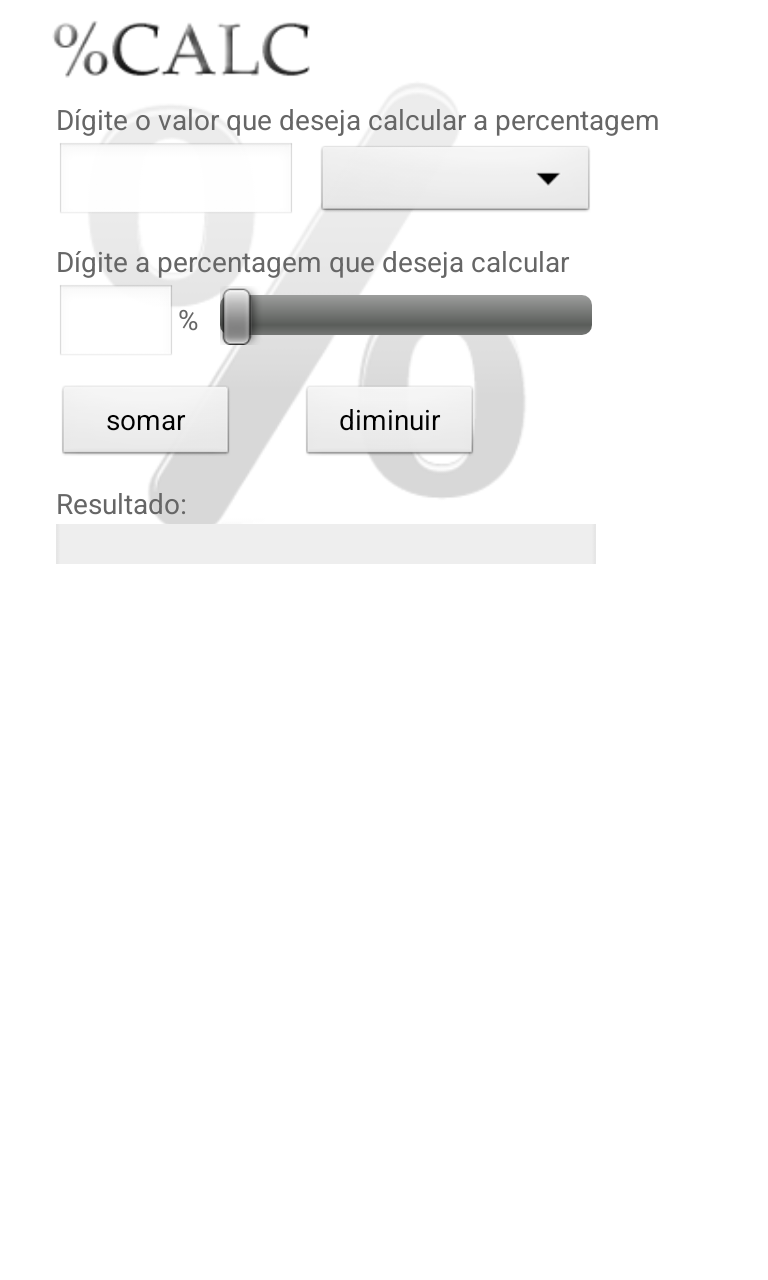
Repository: leoclaro/percentcalc
Layout: CalcularPercentagem/res/layout/main.xml
An editor plug-in stored every save of this project. The layout is shown before and after the next save, followed by the edit.
It is drawn on a 768 x 1280 px phone screen (xhdpi) without system bars, with theme android:Theme; the app's code is not run.

Above is the layout before, as saved 2012-05-09 18:41:19.

After the next save:
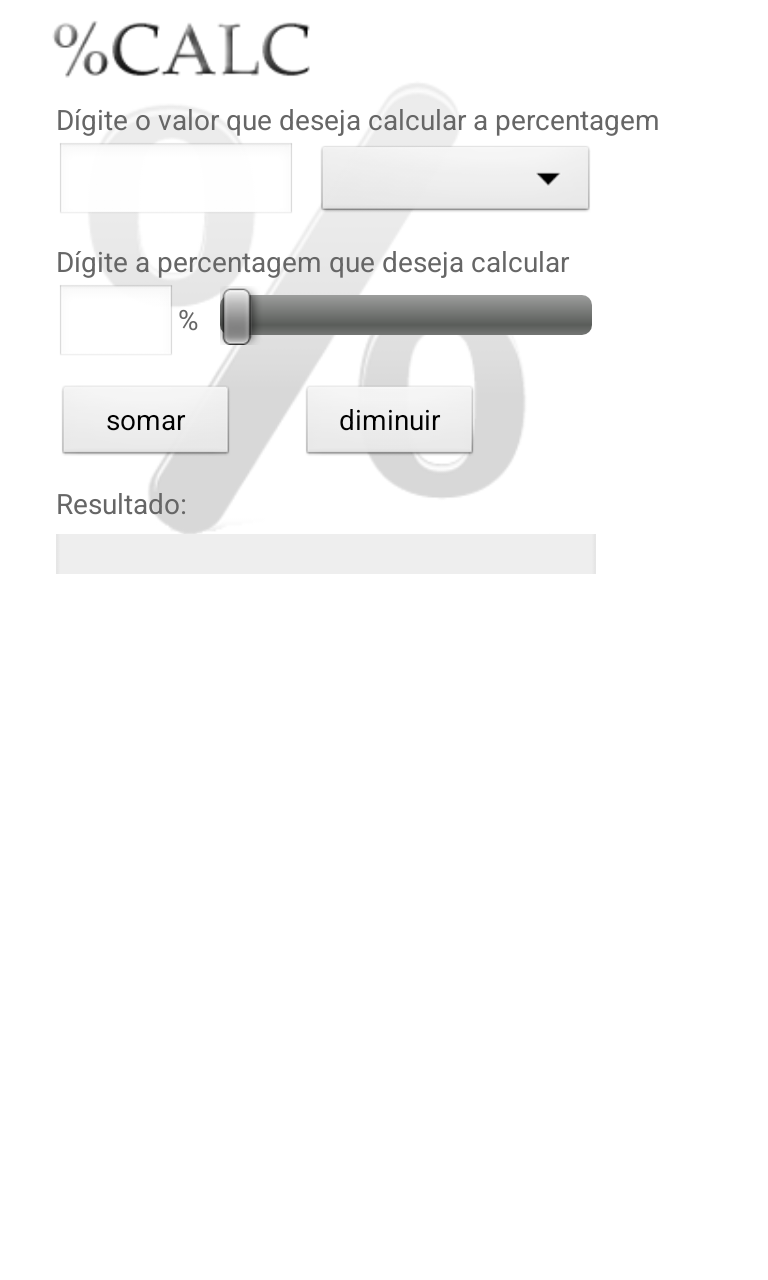
Saved 19 min 50 s later.
--- a/CalcularPercentagem/res/layout/main.xml
+++ b/CalcularPercentagem/res/layout/main.xml
@@ -119,12 +119,19 @@
 	            android:textColor="#ff666666" />
 
 		    <RelativeLayout
+		        android:id="@+id/imageViewBG"
+		        android:layout_width="270dp"
+		        android:layout_height="5dp"
+		        android:layout_below="@+id/textViewLabelResultado"
+		        android:layout_marginTop="1dp"
+		        android:contentDescription="@string/image_bg"
+		        android:src="@drawable/bg_resultado_top" />
+		    <RelativeLayout
 		        android:id="@+id/relativeLayout1"
 		        android:layout_width="270dp"
 		        android:layout_height="wrap_content"
 		        android:layout_alignLeft="@+id/textViewValor"
-		        android:layout_below="@+id/textViewLabelResultado"
-		        android:layout_marginTop="1dp"
+		        android:layout_below="@+id/imageViewBG"
 		        android:background="@drawable/bg_resultado" >
 
 		        <TextView
